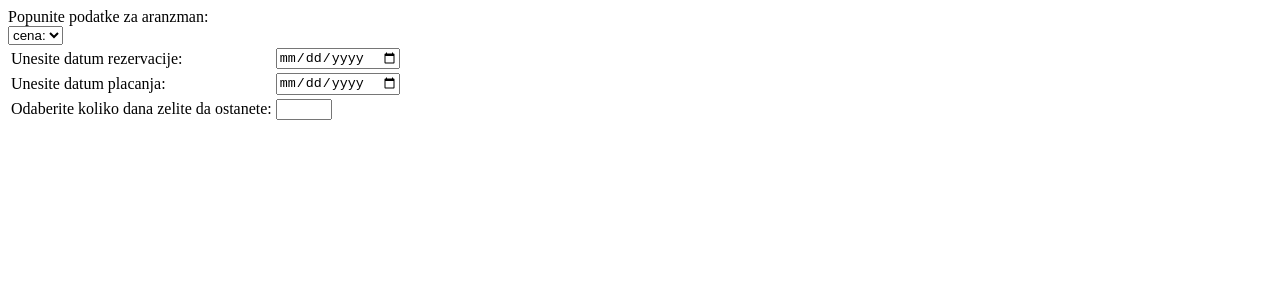
Repository: Shaft01/IS2Agency
Page: http://localhost/AgencijaWeb/unosAranzmana.jsp
An editor plug-in stored every save of this project. The page is shown before and after the next save, followed by the edit.
The browser window is 1280 px wide. The pictures show the whole page.
The page is served by Tomcat 9. The template is opened directly, without the code that normally fills it, so the values that code supplies are empty.

Above is the page before, as saved 2019-06-17 18:30:35.

After the next save:
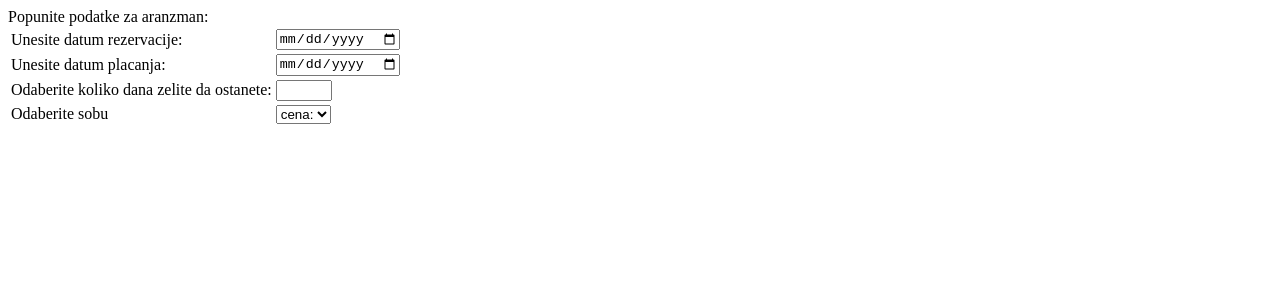
Saved 39 s later.
--- a/IS2Projekat/AgencijaWeb/src/main/webapp/unosAranzmana.jsp
+++ b/IS2Projekat/AgencijaWeb/src/main/webapp/unosAranzmana.jsp
@@ -22,11 +22,13 @@
 				<td>Odaberite koliko dana zelite da ostanete:</td>
 				<td><input type="number" name="brDana" min="1" max="10"></td>
 			</tr>
-			<tr><select name="idSobe">
+			<tr>
+			<td> Odaberite sobu</td>
+			<td><select name="idSobe">
 				<c:forEach items="${sobe }" var="s">
 					<option value="${s.idSobe }">${s.tip } cena: ${s.cena }</option>
 				</c:forEach>
-			</select>
+			</select></td>
 		</table>
 
 	</form>
